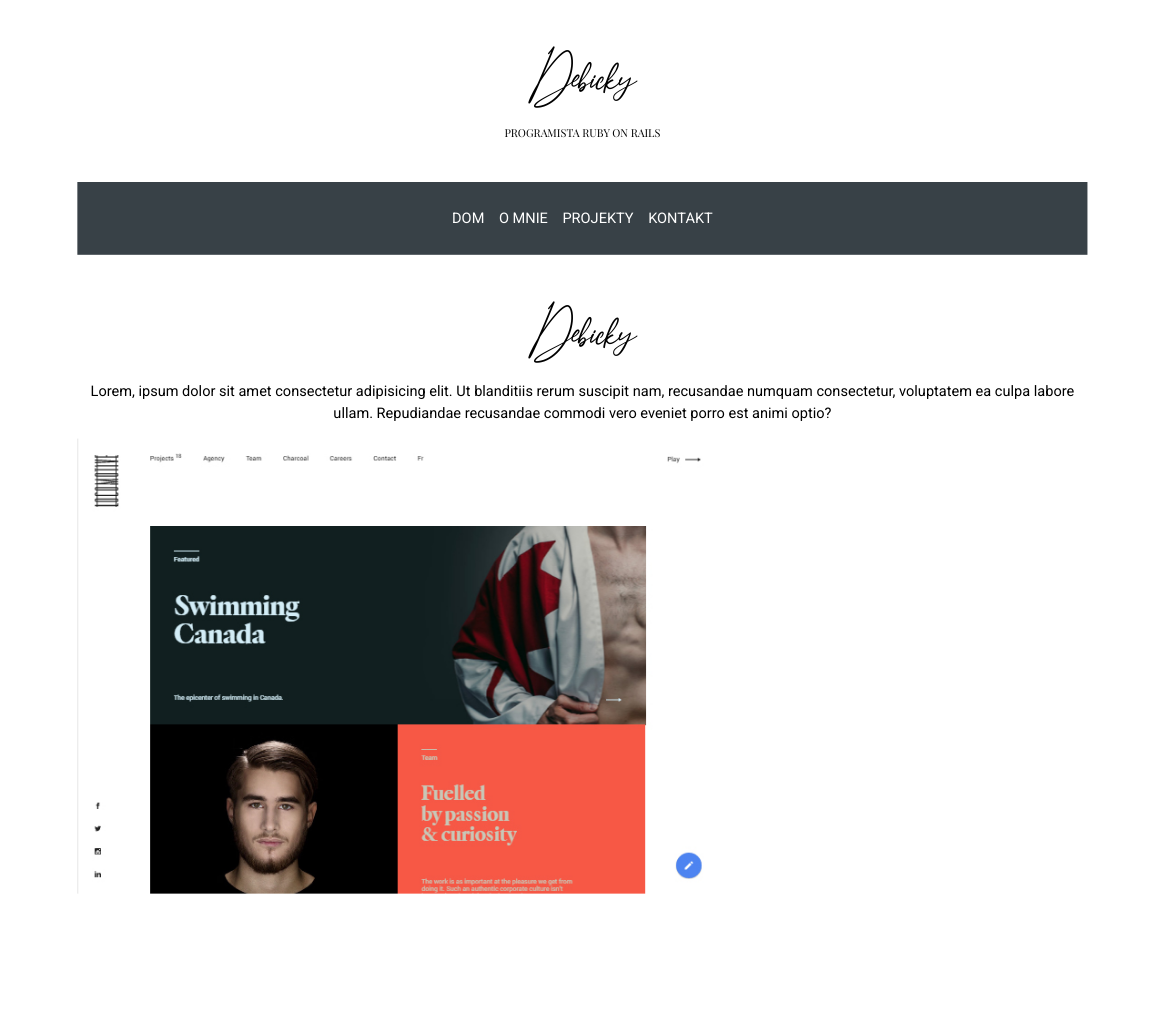
Repository: debicky/debicky.github.io
Page: index.html
An editor plug-in stored every save of this project. The page is shown before and after a run of saves, followed by the edit.
The browser window is 1280 px wide. The pictures show the whole page, at 91% of full size.
Some web libraries are served in a nearby version.

Above is the page before, as saved 2020-06-10 09:02:45.

After the next 5 saves:
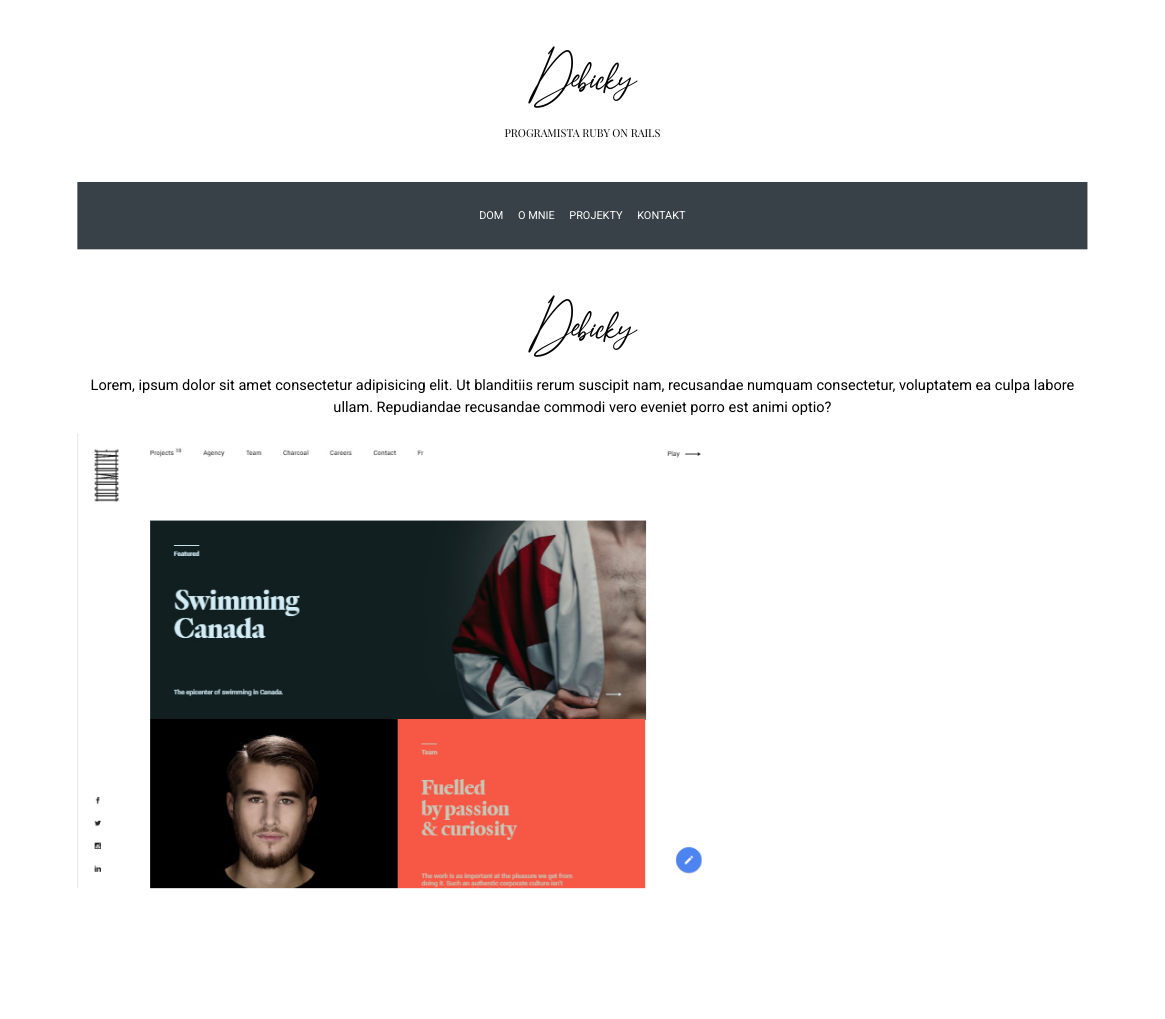
The 5 saves are shown as one change because they came seconds apart.
The last was saved 14 s later.
--- a/styles.css
+++ b/styles.css
@@ -68,5 +68,6 @@ header{
 .nav-link{
   color: #fff;
   text-transform: uppercase;
-  transition: opacity
+  transition: opacity .5s;
+  font-size: 12px;
 }
